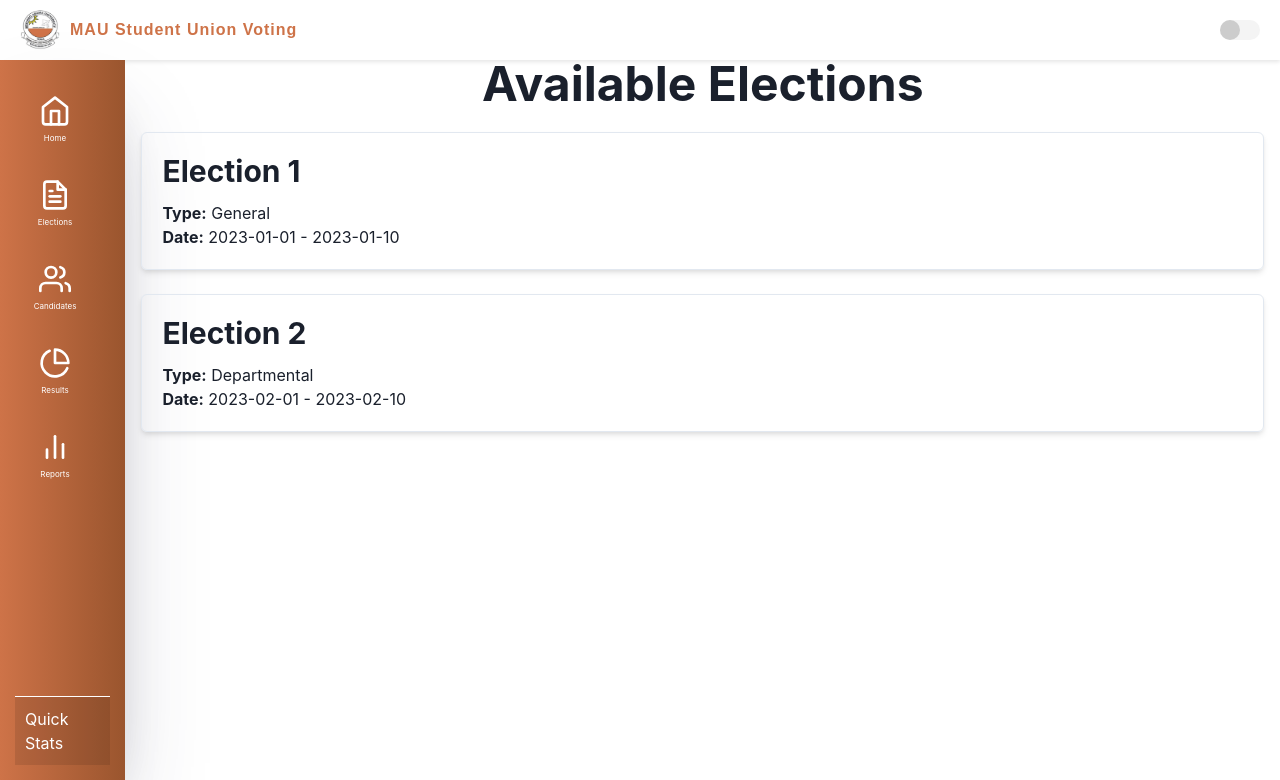
Repository: joena1o/e-vote
Page: /ElectionCommittee-dashboard/election-list
These files come from the project's save history. The page is drawn as it stood at one moment and after the next save; the edit follows.
The browser window is 1280 px wide. The pictures show the whole page.
The project was rebuilt for these pictures with package versions that can differ from the ones it lists, and the page was loaded fresh each time. Also part of the build but not shown: src/components/EnhancedLogin.js, src/components/maincontent/RegisterStudents/ManageStudents.js, src/components/maincontent/RegisterStudents/RegisterStudents.js, src/components/maincontent/RegisterStudents/StudentManagement.js, src/components/maincontent/ElectionResults/ViewResults.js, src/components/maincontent/Settings/Settings.js, src/api/index.js, src/components/maincontent/home/Home.styles.js and 16 more.

Above is the page before, as saved 2023-10-24 08:24:32.

After the next save:
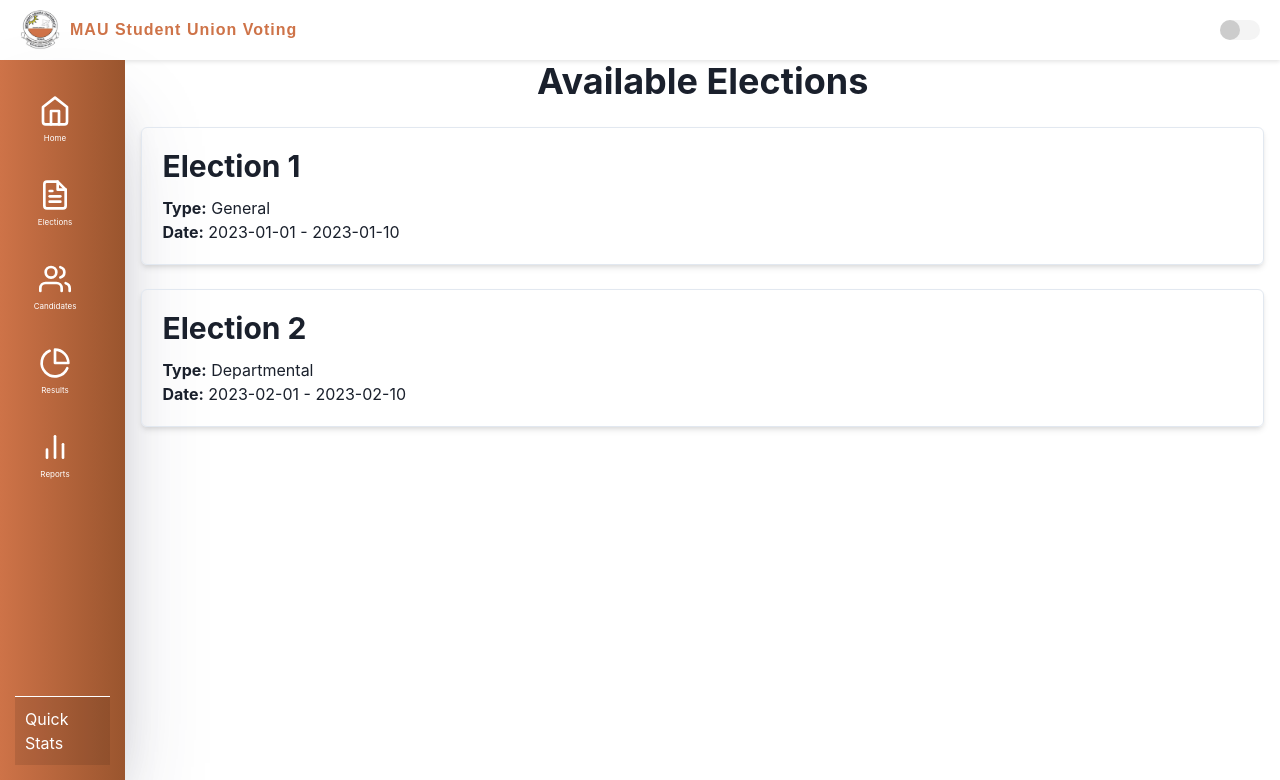
Saved 2 min 38 s later.
--- a/src/components/maincontent/ManageElections/ElectionList.js
+++ b/src/components/maincontent/ManageElections/ElectionList.js
@@ -19,7 +19,7 @@ const ElectionList = () => {
 
   return (
     <Container maxW="container.xl" centerContent>
-      <Heading as="h1" size="2xl" mb={6}>
+      <Heading as="h1" size="xl" mb={6}>
         Available Elections
       </Heading>
 
